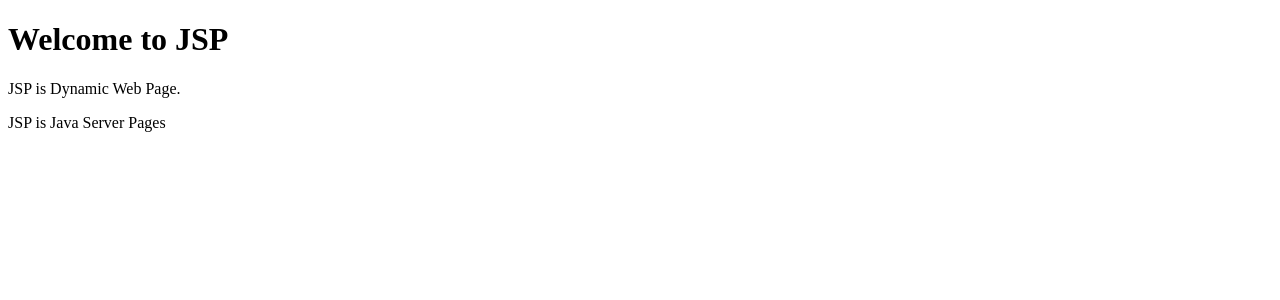
Repository: freedomseok8047/jsp
Page: http://localhost/HelloJSP/hello3.jsp
These files come from the project's save history. The page is drawn as it stood at one moment and after the next save; the edit follows.
The browser window is 1280 px wide. The pictures show the whole page.
The page is served by Tomcat 9.

Above is the page before, as saved 2023-08-22 02:26:50.

After the next save:
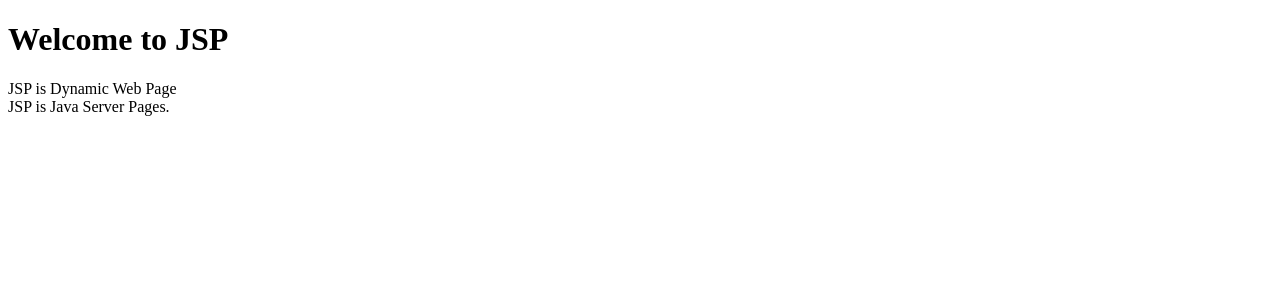
Saved 2 min 11 s later.
--- a/HelloJSP/src/main/webapp/hello3.jsp
+++ b/HelloJSP/src/main/webapp/hello3.jsp
@@ -8,7 +8,8 @@
 </head>
 <body>
 <h1>Welcome to JSP</h1>
-<p>JSP is Dynamic Web Page.</p>
-<p>JSP is Java Server Pages</p>
+
+<p> JSP is Dynamic Web Page <br>
+JSP is Java Server Pages.</p>
 </body>
 </html>
